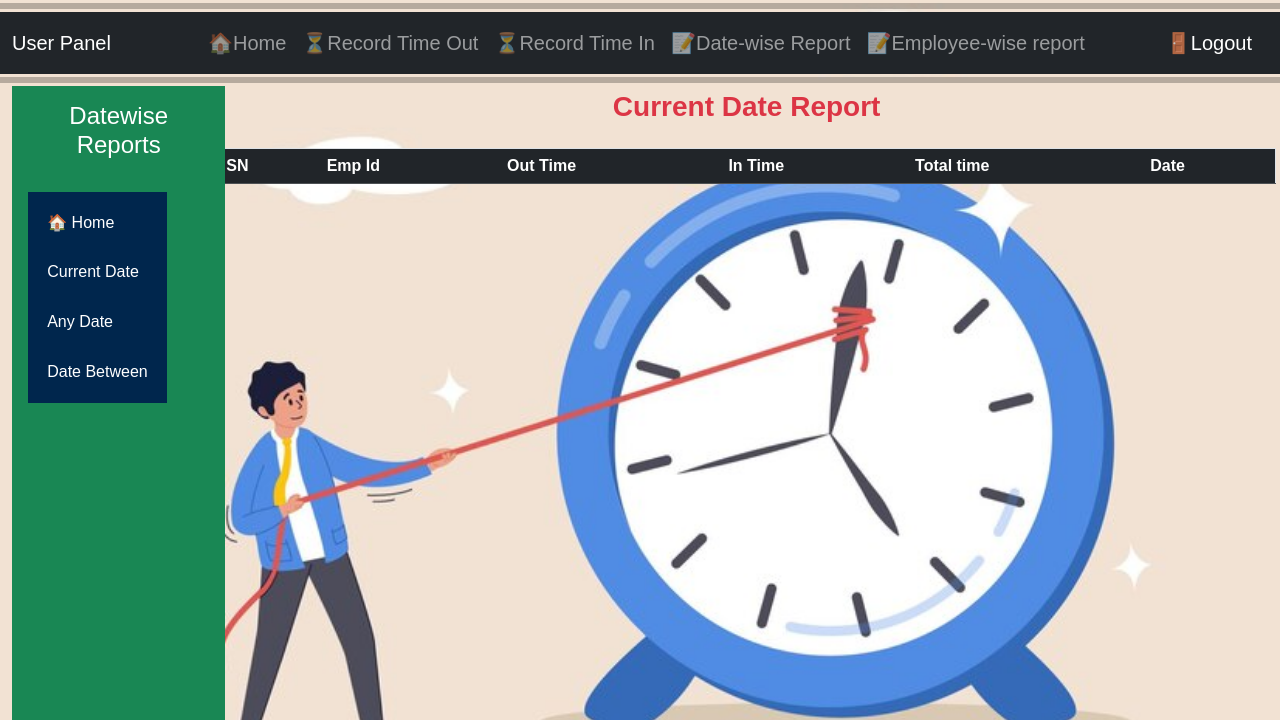
Repository: tecresearch/fullstack-training
Page: http://localhost/user/reports/datewise/anydate-dashboard
An editor plug-in stored every save of this project. The page is shown before and after the next save, followed by the edit.
The browser window is 1280 px wide. The pictures show the whole page.
The page is this project's Thymeleaf template; nobody is signed in. The template is opened directly, without the code that normally fills it, so the values that code supplies are empty.

Above is the page before, as saved 2025-03-19 07:18:04.

After the next save:
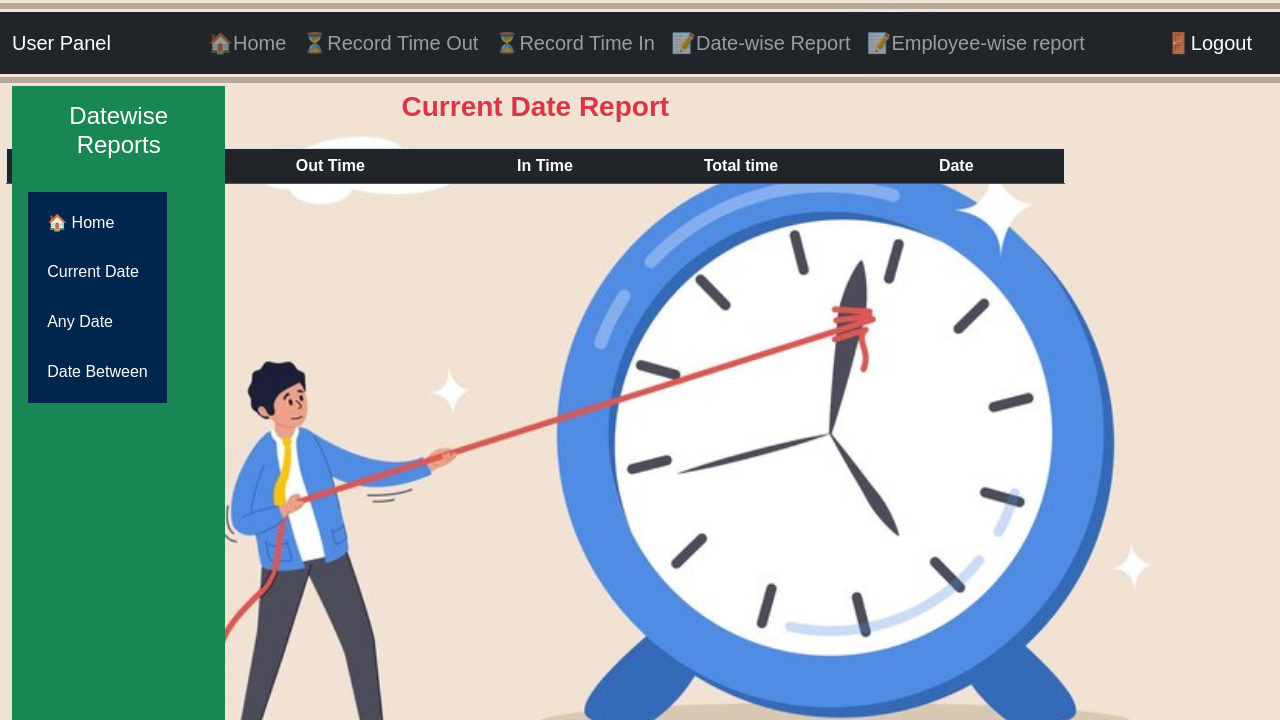
Saved 15 s later.
--- a/a4-spring-boot/employee-time-tracker/src/main/resources/templates/user/reports/datewise/anydate-dashboard.html
+++ b/a4-spring-boot/employee-time-tracker/src/main/resources/templates/user/reports/datewise/anydate-dashboard.html
@@ -14,7 +14,7 @@
 			<!-- Sidebar -->
 			<div th:insert="~{@{user/reports/datewise/date-sidebar}}"></div>
 			<!-- Main Content -->
-			<main class="col-md-9 col-lg-10 offset-md-3 offset-lg-2 p-1">
+			<main class="col-md-9 col-lg-10 offset-md-3 offset-lg-2 p-1" style="margin-left:2px">
 				<div class="d-flex justify-content-center align-items-center mb-3">
 					<h3 class="fw-bold text-danger">Current Date Report</h3>
 				</div>

After the save that followed:
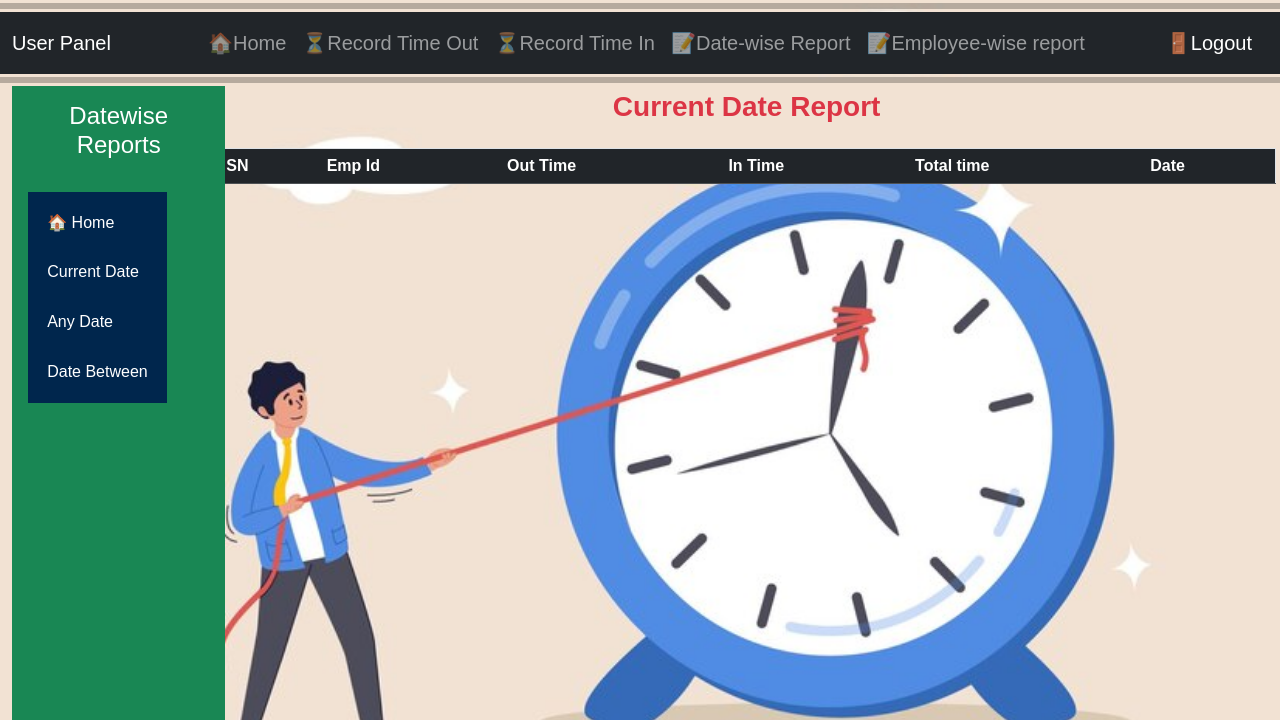
Saved 11 s later.
--- a/a4-spring-boot/employee-time-tracker/src/main/resources/templates/user/reports/datewise/anydate-dashboard.html
+++ b/a4-spring-boot/employee-time-tracker/src/main/resources/templates/user/reports/datewise/anydate-dashboard.html
@@ -14,7 +14,7 @@
 			<!-- Sidebar -->
 			<div th:insert="~{@{user/reports/datewise/date-sidebar}}"></div>
 			<!-- Main Content -->
-			<main class="col-md-9 col-lg-10 offset-md-3 offset-lg-2 p-1" style="margin-left:2px">
+			<main class="col-md-9 col-lg-10 offset-md-3 offset-lg-2 p-1">
 				<div class="d-flex justify-content-center align-items-center mb-3">
 					<h3 class="fw-bold text-danger">Current Date Report</h3>
 				</div>
